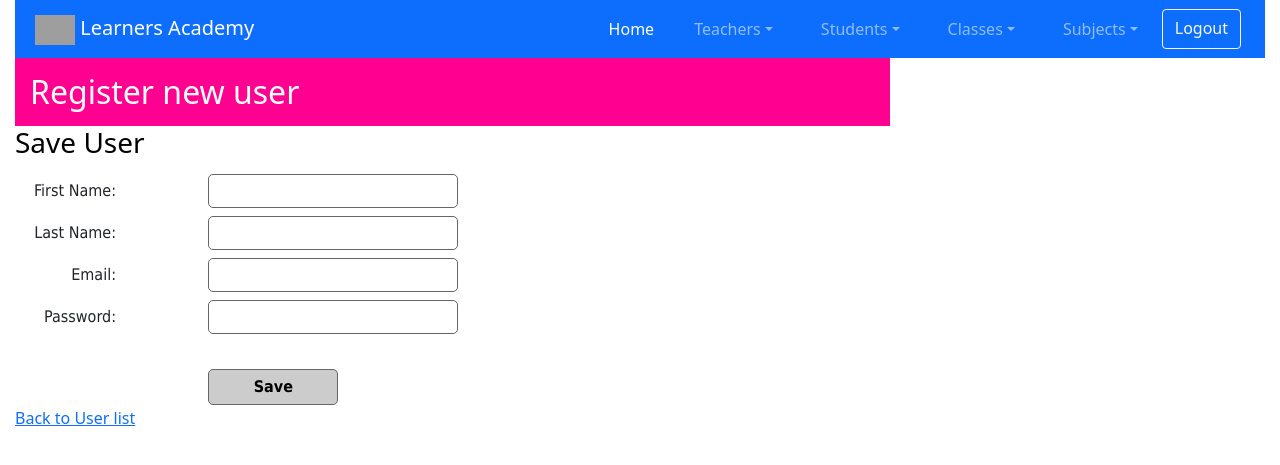
Repository: anuragkr41/FSDPhase3
Page: http://localhost/sporty-shoes/WEB-INF/view/change-password-form.jsp
The author's editor kept a copy of each file at every save. The page is drawn from the files as they stood at one save, then again after the next save.
The browser window is 1280 px wide. The pictures show the whole page.
Pictures or frames that could not be fetched are drawn as grey boxes. The page is served by Tomcat 9. Nobody is signed in. Other server files are loaded and not shown. The template is opened directly, without the code that normally fills it, so the values that code supplies are empty.

Above is the page before, as saved 2021-07-25 12:06:24.

### sporty-shoes/WebContent/WEB-INF/view/change-password-form.jsp
<%@ page language="java" contentType="text/html; charset=ISO-8859-1"
	pageEncoding="ISO-8859-1"%>

<%@ taglib uri="http://java.sun.com/jsp/jstl/core" prefix="c"%>
<%@ taglib uri="http://www.springframework.org/tags/form" prefix="form"%>



<!DOCTYPE html>
<html>
<head>
<meta charset="ISO-8859-1">
<title>Register User</title>

<!-- reference our style sheet  -->
<link type="text/css" rel="stylesheet"
	href="${pageContext.request.contextPath}/resources/css/style.css" />

<!-- reference our style sheet for the form  -->
<link type="text/css" rel="stylesheet"
	href="${pageContext.request.contextPath}/resources/css/add-user-style.css" />

		<!-- Bootstrap CSS -->
    <link href="https://cdn.jsdelivr.net/npm/bootstrap@5.0.1/dist/css/bootstrap.min.css" rel="stylesheet" integrity="sha384-+0n0xVW2eSR5OomGNYDnhzAbDsOXxcvSN1TPprVMTNDbiYZCxYbOOl7+AMvyTG2x" crossorigin="anonymous">


</head>
<body>

<!-- Optional JavaScript; choose one of the two! -->
<!-- Option 1: Bootstrap Bundle with Popper -->
<script src="https://cdn.jsdelivr.net/npm/bootstrap@5.0.1/dist/js/bootstrap.bundle.min.js"
  integrity="sha384-gtEjrD/SeCtmISkJkNUaaKMoLD0//ElJ19smozuHV6z3Iehds+3Ulb9Bn9Plx0x4"
  crossorigin="anonymous"></script>


<%@include file="customer-menu.jsp"%>

	<div id="wrapper">
		<div id="header">
			<h2>Register new user</h2>
		</div>
	</div>

	<div id="container">
		<h3>Save User</h3>
		<form:form action="saveUser" modelAttribute="user" method="POST">

			<table>
				<tbody>
					<tr>
						<td><label>First Name:</label></td>
						<td><form:input path="firstName" /></td>

					</tr>
					<tr>
						<td><label>Last Name:</label></td>
						<td><form:input path="lastName" /></td>

					</tr>

					<tr>
						<td><label>Email:</label></td>
						<td><form:input path="email" /></td>

					</tr>
					<tr>
						<td><label>Password:</label></td>
						<td><form:input path="password" /></td>

					</tr>

					<tr>
						<td><label></label></td>
						<td><input type="submit" value="Save" class = "save"/></td>

					</tr>
				</tbody>
			</table>
		</form:form>

		<div style="clear; both;"></div>
		<p>
		<a href="${pageContext.request.contextPath}/user/list">Back to User list</a>
		</p>

	</div>

</body>
</html>

### sporty-shoes/WebContent/WEB-INF/view/customer-menu.jsp
<div class="container.fluid">
      <nav class="navbar navbar-expand-lg navbar-dark bg-primary">

        <a class="navbar-brand" style="padding-left: 1em;" href="<%=request.getContextPath()%>/admin_dashboard.jsp"><img src="<%=request.getContextPath()%>/images/logo_Menu.png" height="30px" >   Learners Academy</a>
        <!-- <button class="navbar-toggler" type="button" data-toggle="collapse" data-target="#navbarsExample03" aria-controls="navbarsExample03" aria-expanded="false" aria-label="Toggle navigation">
            <span class="navbar-toggler-icon"></span>
          </button> -->


          <button class="navbar-toggler" type="button" data-toggle="collapse" data-target="#navbarsExample03" aria-controls="navbarsExample03" aria-expanded="false" aria-label="Toggle navigation">
            <span class="navbar-toggler-icon"></span>
          </button>


        <div class="collapse navbar-collapse" id="PrimaryMenu">
          <ul class="navbar-nav" style="margin-left: auto; padding-right: 1em;">
            <li class="nav-item">
              <a class="nav-link active px-3" aria-current="page" href="<%=request.getContextPath()%>/admin_dashboard.jsp">Home</a>
            </li>

            <li class="nav-item dropdown px-3">
              <a class="nav-link dropdown-toggle" href="teachers.jsp" id="dropdown03" data-bs-toggle="dropdown"
                aria-expanded="false">Teachers</a>
              <ul class="dropdown-menu" aria-labelledby="dropdown03">
                <li><a class="dropdown-item" href="#">View all teachers</a></li>
                <li><a class="dropdown-item" href="#">Add new Teacher</a></li>
                <li><a class="dropdown-item" href="#">Remove Teacher</a></li>
                <li><a class="dropdown-item" href="#">Assign Subject to Teacher</a></li>
                <li><a class="dropdown-item" href="#">Assign Class to Teacher</a></li>

              </ul>
            </li>

            <li class="nav-item dropdown px-3">
              <a class="nav-link dropdown-toggle" href="students.jsp" id="dropdown03" data-bs-toggle="dropdown"
                aria-expanded="false">Students</a>
              <ul class="dropdown-menu" aria-labelledby="dropdown03">
                <li><a class="dropdown-item" href="#">List of Student by class</a></li>
                <li><a class="dropdown-item" href="#">Admit new student</a></li>
                <li><a class="dropdown-item" href="#">Remove Student</a></li>
              </ul>
            </li>

            <li class="nav-item dropdown px-3">
              <a class="nav-link dropdown-toggle" href="classes.jsp" id="dropdown03" data-bs-toggle="dropdown"
                aria-expanded="false">Classes</a>
              <ul class="dropdown-menu" aria-labelledby="dropdown03">
                <li><a class="dropdown-item" href="#">View all classes</a></li>
                <li><a class="dropdown-item" href="#">Remove class</a></li>
                <li><a class="dropdown-item" href="#">Add new Class</a></li>
                <li><a class="dropdown-item" href="#">Assign subject to class</a></li>
                <li><a class="dropdown-item" href="#">Assign Teacher to class</a></li>


              </ul>
            </li>

            <li class="nav-item dropdown mx-3">
              <a class="nav-link dropdown-toggle" href="subjects.jsp" id="dropdown03" data-bs-toggle="dropdown"
                aria-expanded="false">Subjects</a>
              <ul class="dropdown-menu" aria-labelledby="dropdown03">
                <li><a class="dropdown-item" href="#">View subjects</a></li>
                <li><a class="dropdown-item" href="#">Add new Subject</a></li>
                <li><a class="dropdown-item" href="#">Remove Subject</a></li>
              </ul>
            </li>
            <a href = "<%=request.getContextPath()%>/logout" class="btn btn-outline-light me-2">Logout</a>
          </ul>

        </div>

      </nav>
    </div>

### sporty-shoes/WebContent/resources/css/style.css
html, body{
	margin-left:15px; margin-right:15px;
	padding:0px;
	font-family:Verdana, Arial, Helvetica, sans-serif;
}

table {
	border-collapse:collapse;
	border-bottom:1px solid gray;
	font-family: Tahoma,Verdana,Segoe,sans-serif;
	width:72%;
}

th {
	border-bottom:1px solid gray;
	background:none repeat scroll 0 0 #ff0090;
	padding:10px;
	color: #FFFFFF;
}

tr {
	border-top:1px solid gray;
	text-align:center;
}

tr:nth-child(even) {background: #FFFFFF}
tr:nth-child(odd) {background: #BBBBBB}

#wrapper {width: 100%; margin-top: 0px; }
#header {width: 70%; background: #ff0090; margin-top: 0px; padding:15px 0px 15px 15px;}
#header h2 {width: 100%; margin:auto; color: #FFFFFF;}
#container {width: 100%; margin:auto}
#container h3 {color: #000;}
#container #content {margin-top: 20px;}

.add-button {
	border: 1px solid #666;
	border-radius: 5px;
	padding: 4px;
	font-size: 12px;
	font-weight: bold;
	width: 120px;
	padding: 5px 10px;

	margin-bottom: 15px;
	background: #cccccc;
}

Loaded but not shown: sporty-shoes/WebContent/resources/css/add-user-style.css (common file)

After the next save:
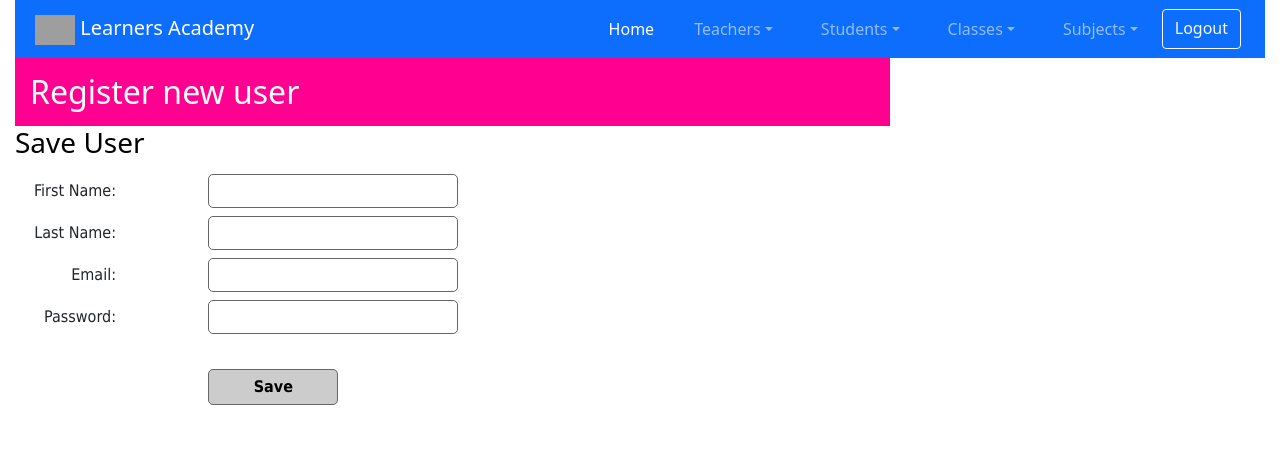
Saved 3 min 51 s later.
--- a/sporty-shoes/WebContent/WEB-INF/view/change-password-form.jsp
+++ b/sporty-shoes/WebContent/WEB-INF/view/change-password-form.jsp
@@ -80,9 +80,7 @@
 		</form:form>
 
 		<div style="clear; both;"></div>
-		<p>
-		<a href="${pageContext.request.contextPath}/user/list">Back to User list</a>
-		</p>
+
 
 	</div>
 
